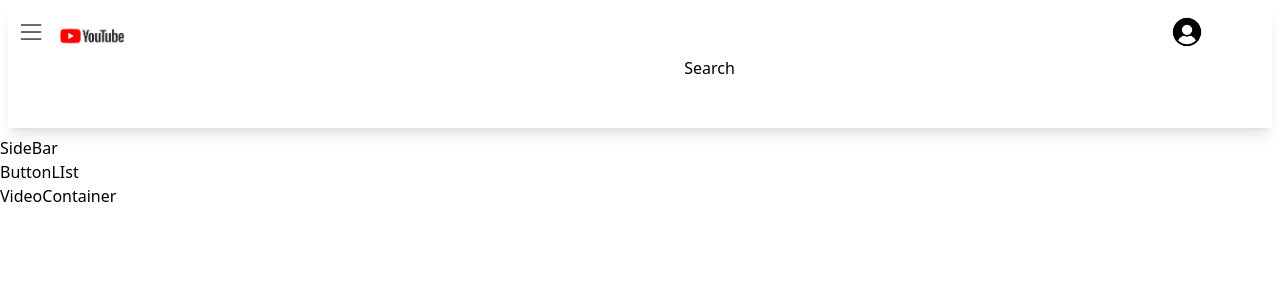
Repository: AmolPawar7181/namaste-youtube
Page: /
An editor plug-in stored every save of this project. The page is shown before and after the next save, followed by the edit.
The browser window is 1280 px wide. The pictures show the whole page.
The project was rebuilt for these pictures with package versions that can differ from the ones it lists, and the page was loaded fresh each time. Also part of the build but not shown: vite.config.ts.

Above is the page before, as saved 2023-03-19 12:12:15.

After the next save:
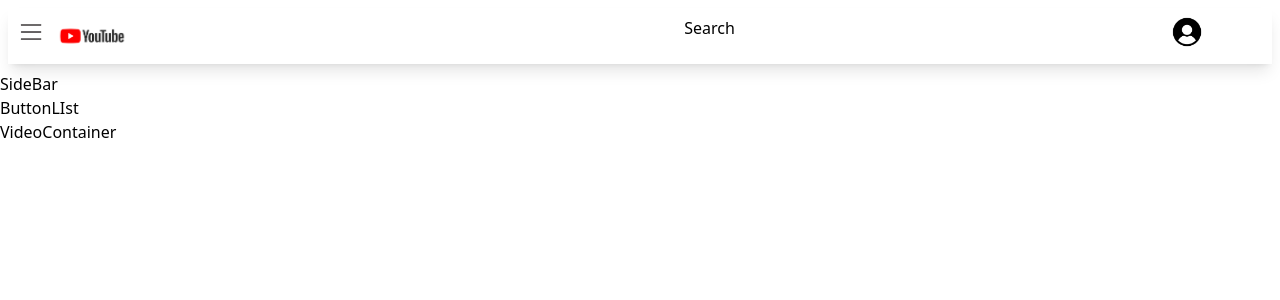
Saved 8 s later.
--- a/src/components/Head.tsx
+++ b/src/components/Head.tsx
@@ -7,7 +7,7 @@
         <img className="h-8" src="data:[embedded picture, 558 characters]" alt="menu"/>
         <img className="h-10 mx-2" src="data:[embedded picture, 4610 characters]" alt="Youtube" />
         </div>
-        <div className='col-span-10 p-10'>
+        <div className='col-span-10 px-10'>
             <input className='w-1/2' type="text" />
             <button>Search</button>
         </div>
